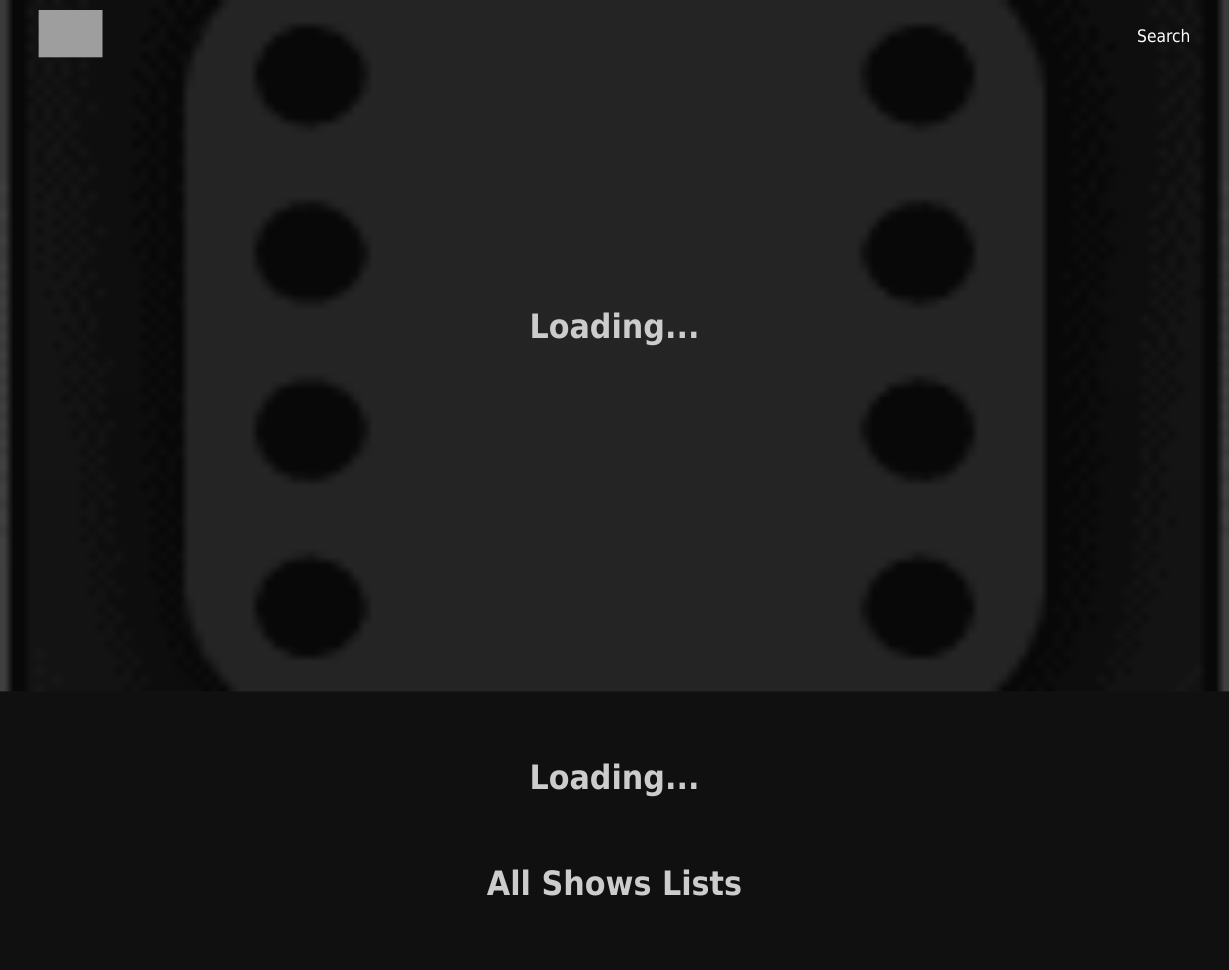
Repository: ahmedhamed15/React-Movies-App
Page: /#/show/1
These files come from the project's save history. The page is drawn as it stood at one moment and after the next save; the edit follows.
The browser window is 1280 px wide. The pictures show the whole page, at 96% of full size.
Pictures or frames that could not be fetched are drawn as grey boxes. The page's requests for data from a server got no answer. Backgrounds fixed to the window are drawn as part of the page. The project was rebuilt for these pictures with package versions that can differ from the ones it lists, and the page was loaded fresh each time. No one was signed in, and anything a server would have sent is missing. Also part of the build but not shown: src/Components/Search/Search.js, src/Pages/HomePage.js, src/Components/Shows/ShowItem.js, src/Pages/SearchPage.js.

Above is the page before, as saved 2021-07-24 23:09:49.

### src/index.js
import React from 'react';
import ReactDOM from 'react-dom';
import './assets/index.css';
import App from './App';

ReactDOM.render(<App />,document.getElementById('root'));

### src/assets/index.css
body {
  padding: 0;
  margin: 0;
  background-color: rgb(17, 16, 16);
  font-family: 'tahoma', arial;
}
.row {
  display: flex;
  flex-direction: row;
  flex-wrap: wrap;
}
.container {
  max-width: 1200px;
  margin: auto;
}
header {
  padding: 10px 0;
  position: fixed;
  top: 0;
  left: 0;
  right: 0;
}
header .row {
  align-items: center;
  justify-content: space-between;
}
.col {
  flex: 0 0 auto;
}
a {
  text-decoration: none;
}
header img {
  height: 50px;
}
header a {
  color: white;
  font-size: 18px;
}
header a:hover {
  color: #FFB03D
}
.text-center {
  text-align: center;
}
.search-content {
  background: url('./images/home-bg.jpg') no-repeat center center fixed;
  background-blend-mode: saturation;
  height: 100vh;
  display: flex;
  align-items: center;
  justify-content: center;
  flex-direction: column;
}
.search-content.sm-search-card {
  height: 50vh;
}
.search-content h1 {
  color: white;
  margin-top: 0;
  text-transform: uppercase;
  font-size: 55px;
  margin-bottom: 15px;
}
.search-content p {
  color: #f1f1ff;
  font-size: 20px;
  width: 700px;
  line-height: 1.5;
  margin-bottom: 40px;
}
.search-content input[type="search"] {
  height: 55px;
  width: 500px;
  padding: 10px;
  font-size: 18px;
  color: #f5853f;
  border: 1px solid #f5853f;
}
.search-content input[type="search"]:focus {
  outline: 0;

}
.search-content .search-btn {
  height: 55px;
  width: 100px;
  padding: 10px;
  font-size: 18px;
  background-color: #f5853f;
  color: white;
  border: none;
  cursor: pointer;
}
::selection {
  color: #FFF;
  background-color: #f5853f;
}
.show-item {
  height: 300px;
  border: 1px solid #EEE;
  margin-bottom: 30px;
  overflow: hidden;
  position: relative;
}
.show-item img {
  object-fit: cover;
  width: 100%;
  height: 100%;
}
.show-item .show-item__overlay {
  display: flex;
  align-items: center;
  justify-content: center;
  flex-direction: column;
  text-align: center;
  position: absolute;
  top: 0;
  left: 0;
  right: 0;
  bottom: 0;
  background-color: rgba(0, 0, 0, 0.5);
  display: none;
}
.show-item:hover .show-item__overlay {
  display: flex;
}
.show-item .show-item__overlay a {
  color: white;
  font-size: 22px;
}
.show-item .show-item__overlay a:hover {
  color: #f5853f;
}
.show-item .show-item__overlay p {
  font-size: 20px;
  color: white;
}
.shows-list {
  margin-top: 70px;
}
.shows-list .col-md-3 {
  flex: 0 0 calc(20% - 30px);
  max-width: calc(20% - 30px);
  padding: 0 15px;
}
.show-list__heading {
  color: #CCC;
  font-size: 35px;
  margin-bottom: 70px;
}
.show-detailed {
  height: 100vh;
  display: flex;
  /* background: url(https://images.amcnetworks.com/ifcfilms.com/wp-content/uploads/2020/03/sixmins.jpg) no-repeat center center fixed; */
  /* background: linear-gradient( rgba(0, 0, 0, 0.5), rgba(0, 0, 0, 0.5) ), url(https://images.amcnetworks.com/ifcfilms.com/wp-content/uploads/2020/03/sixmins.jpg) no-repeat center center fixed; */
  background-size: cover;
}
.show-detailed .col-md-4 {
  flex: 0 0 33.3333%;
  max-width: 33.3333%;
}
.show-detailed .col-md-8 {
  flex: 0 0 66.333%;
  max-width: 66.333%;
}
.show-detailed .show-img img {
  width: 100%;
  object-fit: cover;
}
.show-detialed-info {
  padding-left: 30px;
  margin-top: 100px;
}
.show-detialed-info h1 {
  color: white;
  font-size: 45px;
  margin-bottom: 23px;
}
.show-detialed-info .show-category {
  display: flex;
  list-style: none;
  padding: 0;
  margin: 0;
}
.show-detialed-info .show-category li {
  color: #EEE;
  border: 1px solid #CCC;
  padding: 5px 10px;
  margin-right: 10px;
  border-radius: 5px;
  font-size: 13px;
}
.show-detialed-info .show-status,
.show-detialed-info .official-site,
.show-detialed-info .show-story {
  color: white;
}
.show-detialed-info .official-site a {
  color: white;
}
.show-detialed-info .show-story p, .show-detialed-info .show-story article {
  margin-top: 10px;
}

### src/App.js
import {BrowserRouter as Router, Switch, Route} from "react-router-dom";
import Header from "./Components/Layouts/Header";
import HomePage from "./Pages/HomePage";
import ShowPage from "./Pages/ShowPage";
import SearchPage from "./Pages/SearchPage";
import { ShowState } from "./Context/ShowsContext";
function App() {

  return (
    <>
    <ShowState>
      <Router basename="/#">
        <Header />

        <Switch>
          <Route path="/" exact component={HomePage} />
          <Route path="/search" component={SearchPage} />
          <Route path="/show/:id" component={ShowPage} />
        </Switch>

      </Router>
    </ShowState>
    </>
  );
}

export default App;

### src/Components/Layouts/Header.js
import React from 'react';
import {Link, NavLink} from 'react-router-dom';
import Logo from '../../assets/images/logo.png';

const Header = () => {
    return (
         <header className="header">
             <div className="container">
                 <div className="row">
                    <div className="col">
                        <NavLink to="/"> <img src={Logo} alt="" /> </NavLink>
                    </div>
                    <div className="col">
                        <Link to="/search"> Search </Link>
                    </div>
                 </div>
             </div>
         </header>
    )
}

export default Header

### src/Pages/ShowPage.js
import React from 'react'
import Show from '../Components/Shows/Show'
import ShowsList from '../Components/Shows/ShowsList'

const ShowPage = () => {
    return (
        <div>
            <Show />
            <ShowsList />
        </div>
    )
}
export default ShowPage;

### src/Context/ShowsContext.js
import axios from 'axios';
import React, {useReducer} from 'react';

const ShowsContext = React.createContext({
    title: "",
    changeTitle: () => {}
});

const ShowState = (props) => {
    const initialState = {
        shows: [],
        activeShow: {},
        isLoading: false
    };
    const [state, dispatch] = useReducer(reducer, initialState);
    const searchShows = async (searchTerm) => {
        dispatch({ type: "SET_LOADING" });
        const { data } = await axios.get(
            `https://api.tvmaze.com/search/shows?q=${searchTerm}`
        );
        console.log(data)
        dispatch({ type: "SEARCH_SHOWS", payload: data });
    }
    const getActiveShow = async (id) => {
        dispatch({ type: "SET_LOADING" });
        const { data } = await axios.get(
            `https://api.tvmaze.com/shows/${id}` //${id}
        );
        // console.log(data);
        dispatch({ type: "SET_ACTIVE_SHOW", payload: data })
    }
    return (
        <ShowsContext.Provider value={{ shows: state.shows, isLoading: state.isLoading, searchShows, getActiveShow, activeShow: state.activeShow }}>
            {props.children}
        </ShowsContext.Provider>
    )
}

const reducer = (state, action) => {
    switch (action.type) {
        case "SET_LOADING" :
            return {...state, isLoading: true};
        case "SEARCH_SHOWS" :
            return {...state, shows: action.payload, isLoading: false};
        case "SET_ACTIVE_SHOW" :
            return {...state, activeShow: action.payload ? action.payload : {}, isLoading: false};
        default:
            return state;
    }
}


export {ShowsContext, ShowState};

### src/Components/Shows/Show.js
import React, {useState, useEffect, useContext} from 'react';
import {Link, withRouter} from 'react-router-dom'
import { ShowsContext } from '../../Context/ShowsContext';
import noImg from '../../assets/images/no-img.png';

const Show = (props) => {

    const { getActiveShow, activeShow, isLoading } = useContext(ShowsContext);
    const [showImg, setShowImg] = useState(noImg);

    useEffect( () => {
        if (props.match.params.id) {
            getActiveShow(props.match.params.id);
            console.log(activeShow);
        }
    }, [] );

    useEffect( () => {
        if (activeShow.image) {
            if (activeShow.image.original) {
                setShowImg(activeShow.image.original)
            } else if (activeShow.image.medium) {
                setShowImg(activeShow.image.medium)
            }
        } else {
            setShowImg(noImg)
        }
    }, [activeShow] );

    const bgImg = {
        background: `linear-gradient( rgba(0, 0, 0, 0.5), rgba(0, 0, 0, 0.5) ), url(${showImg}) no-repeat center center fixed`,
        backgroundSize: 'cover'
    }

    return (
        <section className="show-detailed" style={bgImg}>
            <div className="container">
                { isLoading && (
                    <h1 className="text-center show-list__heading"> Loading... </h1>
                ) }
                { !isLoading && activeShow.length < 0 && (
                    <h1 className="text-center show-list__heading"> Not Found </h1>
                ) }
                { !isLoading && activeShow && (
                    <div className="row">
                        <div className="col-md-4">
                            <div className="show-img">
                                <img src={showImg} alt={activeShow.name ? activeShow.name : "..."} />
                            </div>
                        </div>
                        <div className="col-md-8">
                            <div className="show-detialed-info">
                                <h1> {activeShow.name ? activeShow.name : "..."} </h1>
                                {activeShow.genres && (
                                    <ul className="show-category">
                                        {activeShow.genres.map( el => <li key={el}> {el} </li> )}
                                    </ul>
                                )}
                                <p className="show-status"> <strong> Status: </strong>  <span> Running </span> </p>
                                { activeShow.rating && activeShow.rating.average && (
                                    <p className="show-status"> <strong> Rating: </strong>  <span> {activeShow.rating.average} </span> </p>
                                )}
                                <p className="official-site"> <strong> <a href={activeShow.officialSite} target="_blank" rel="noreferrer"> Official Site </a> </strong> </p>
                                <p className="show-story"> <strong> Story: </strong>
                                    {activeShow.summary && (
                                        <span dangerouslySetInnerHTML={ {
                                            __html: activeShow.summary
                                        } }>
                                        </span>
                                    )}
                                </p>
                            </div>
                        </div>
                    </div>
                ) }
            </div>
        </section>
    )
}

export default withRouter(Show);

### src/Components/Shows/ShowsList.js
import React, {useContext} from 'react'
import ShowItem from './ShowItem';
import { ShowsContext } from '../../Context/ShowsContext';

const ShowsList = () => {
    const { shows, isLoading } = useContext(ShowsContext);

    return (
        <section className="shows-list">
            <div className="container">
                { isLoading && (
                    <h1 className="text-center show-list__heading"> Loading... </h1>
                ) }
                { (shows.length === 0 && !isLoading) ? (
                    <h1 className="text-center show-list__heading"> Not Found! </h1>
                ) : (
                    <>
                        <h1 className="text-center show-list__heading"> All Shows Lists </h1>
                        <div className="row">
                            {shows.map( (show, index) => (
                                <div className="col-md-3" key={index}>
                                    <ShowItem show={show.show} />
                                </div>
                            ) )}
                        </div>
                    </>
                )}
            </div>
        </section>
    )
}

export default ShowsList

Loaded but not shown: public/index.html (common file)

After the next save:
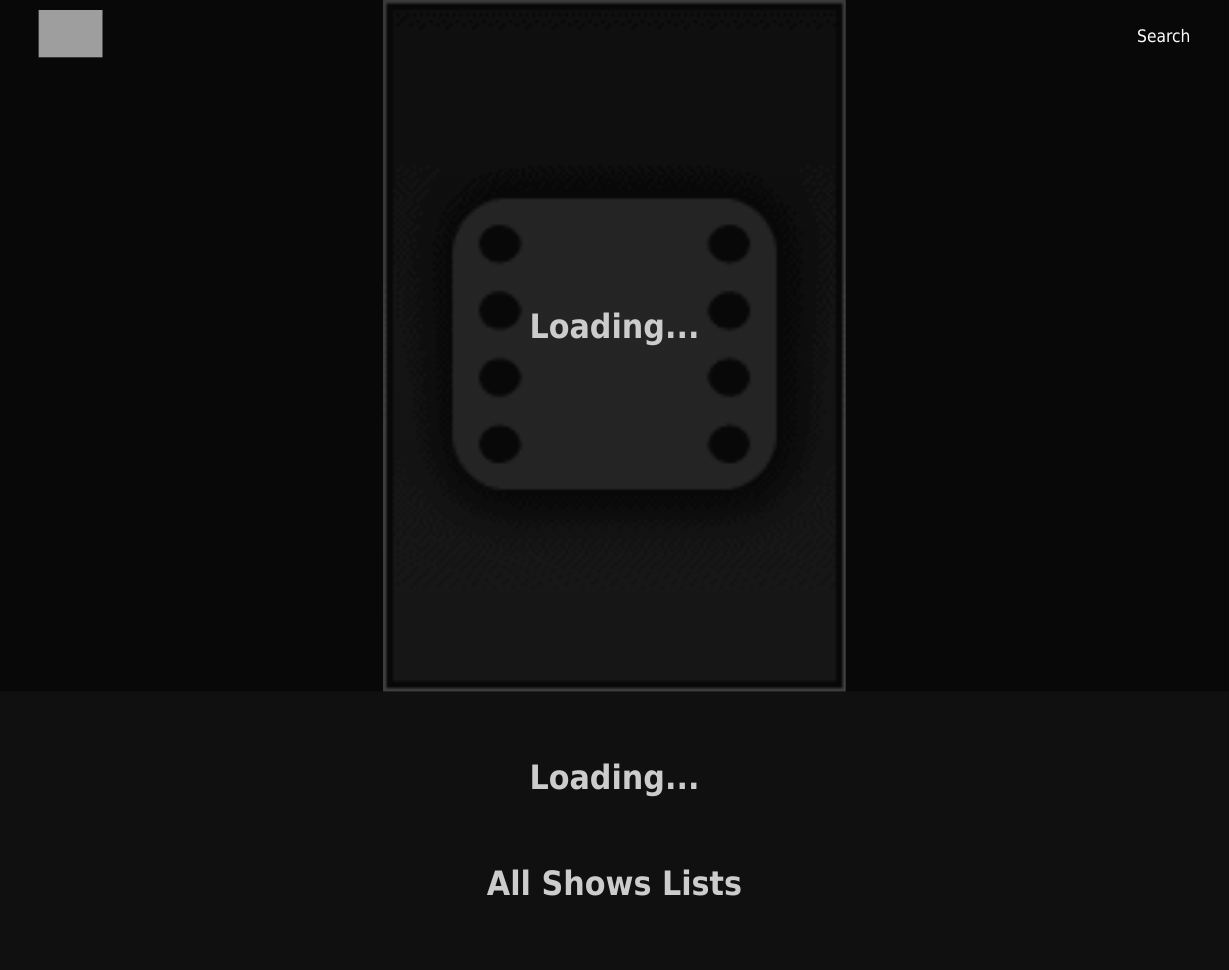
Saved 16 s later.
--- a/src/Components/Shows/Show.js
+++ b/src/Components/Shows/Show.js
@@ -29,7 +29,7 @@
 
     const bgImg = {
         background: `linear-gradient( rgba(0, 0, 0, 0.5), rgba(0, 0, 0, 0.5) ), url(${showImg}) no-repeat center center fixed`,
-        backgroundSize: 'cover'
+        backgroundSize: 'contain'
     }
 
     return (

After the save that followed:
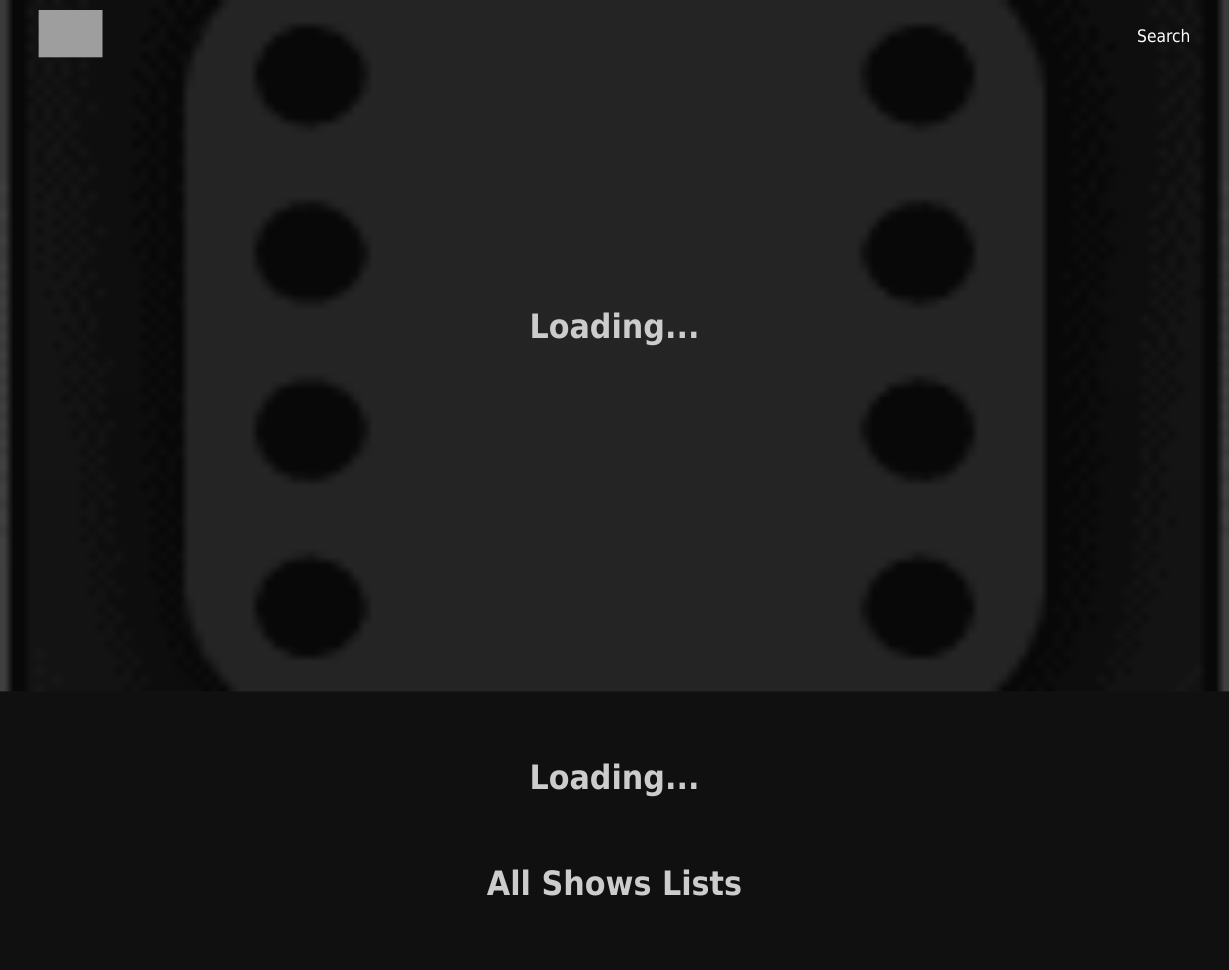
Saved 6 s later.
--- a/src/Components/Shows/Show.js
+++ b/src/Components/Shows/Show.js
@@ -29,7 +29,7 @@
 
     const bgImg = {
         background: `linear-gradient( rgba(0, 0, 0, 0.5), rgba(0, 0, 0, 0.5) ), url(${showImg}) no-repeat center center fixed`,
-        backgroundSize: 'contain'
+        backgroundSize: 'cover'
     }
 
     return (
